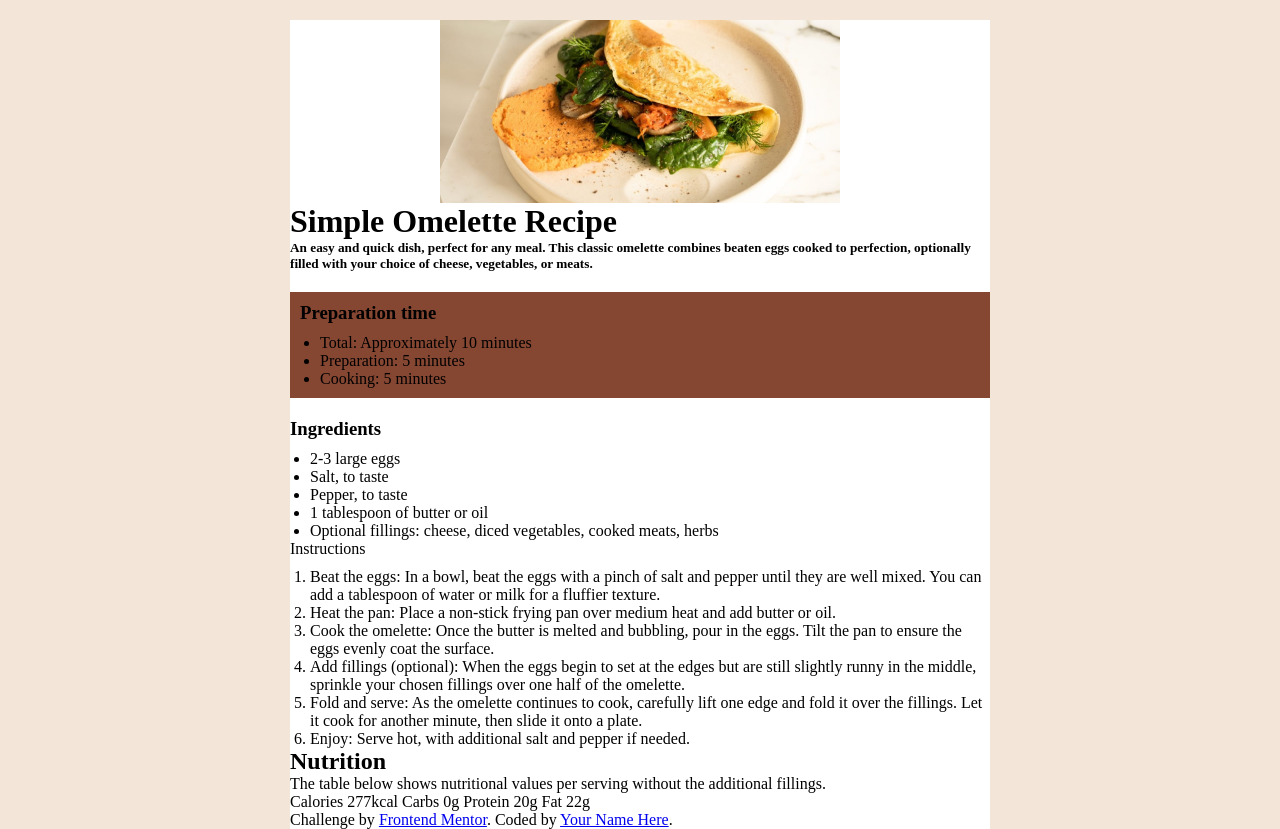
Repository: sodmaq/recipe-page-
Page: index.html
The author's editor kept a copy of each file at every save. The page is drawn from the files as they stood at one save, then again after the next save.
The browser window is 1280 px wide. The pictures show the whole page.

Above is the page before, as saved 2024-09-08 04:02:09.

After the next save:
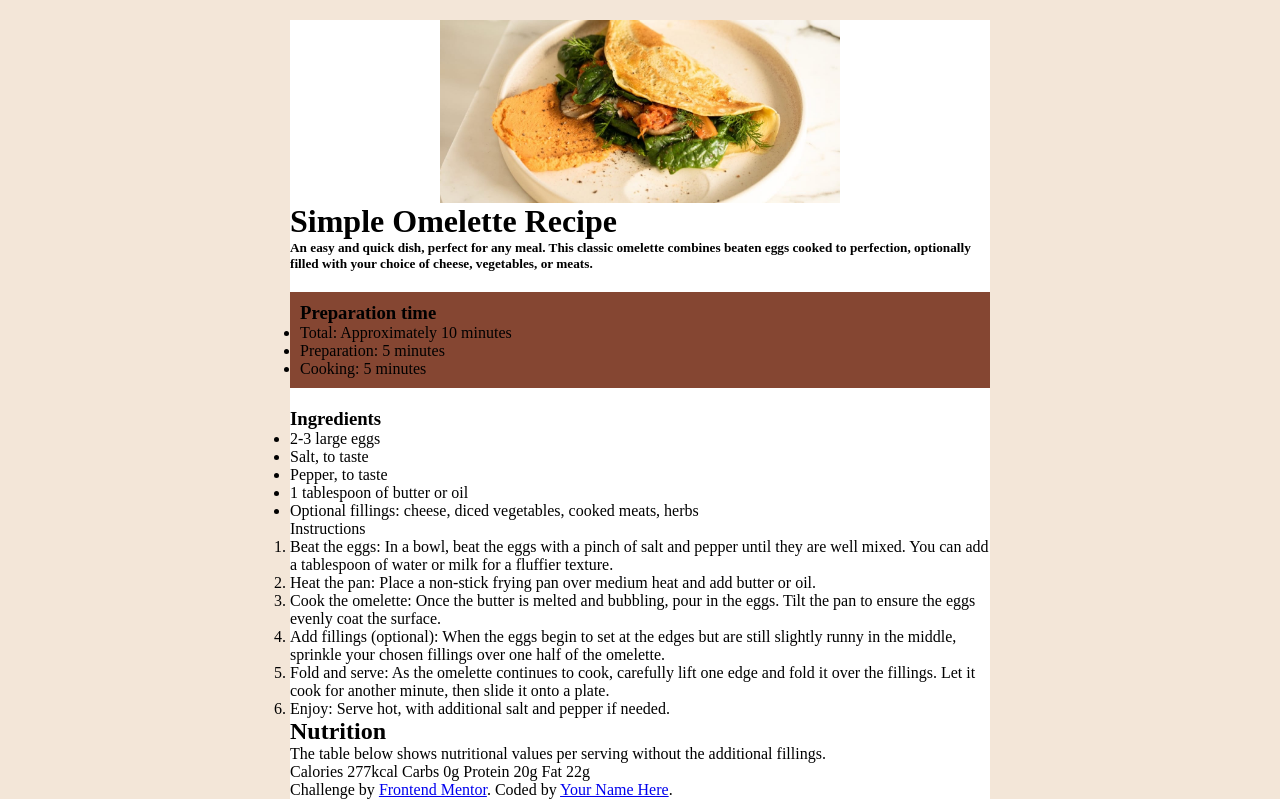
Saved 13 s later.
--- a/style.css
+++ b/style.css
@@ -39,21 +39,3 @@ img {
   margin-top: 20px;
   margin-bottom: 20px;
 }
-#text {
-  color: var(--Dark-Raspberry);
-  font-weight: 700;
-  font-size: 20px;
-}
-#h1Text {
-  color: var(--Nutmeg-color);
-  font-weight: 700;
-  font-size: 20px;
-}
-ol {
-  margin-left: 20px;
-  margin-top: 10px;
-}
-ul {
-  margin-left: 20px;
-  margin-top: 10px;
-}

After the save that followed:
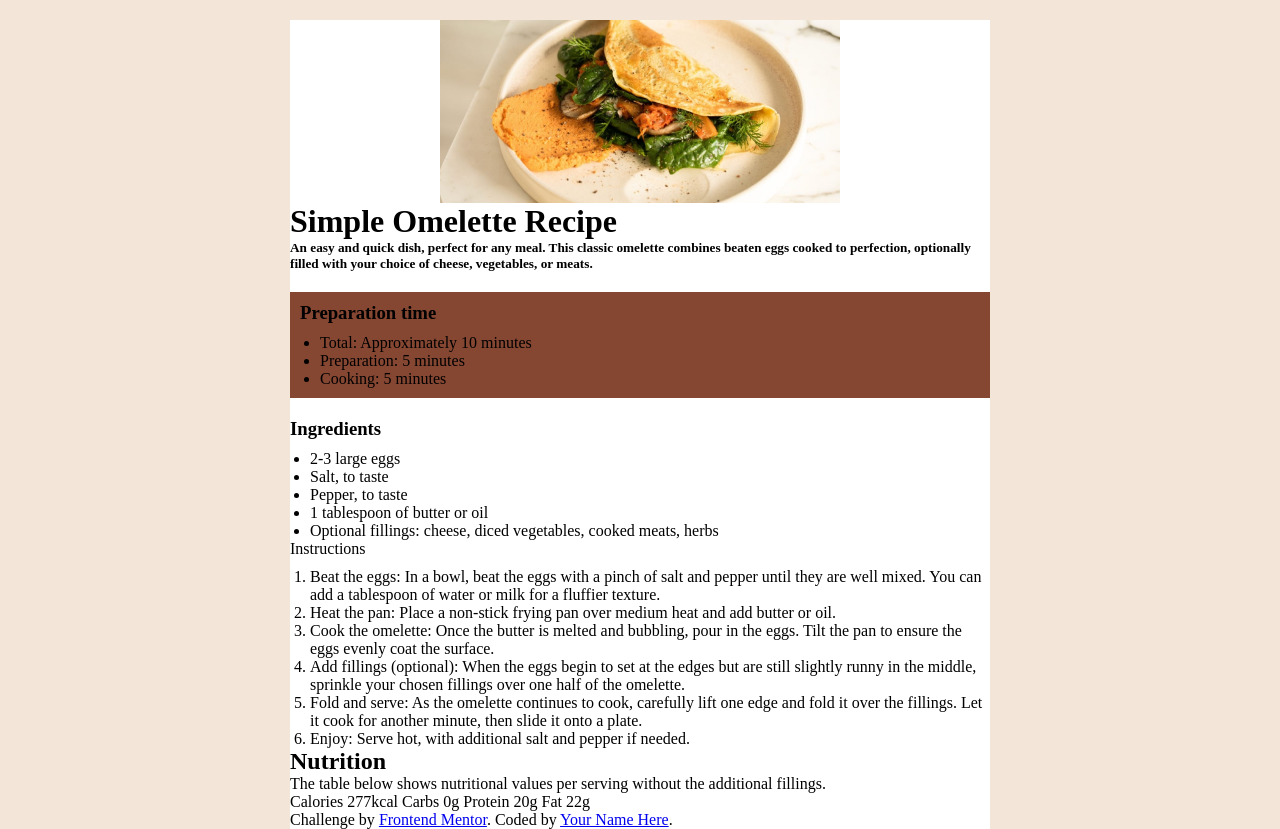
Saved 7 s later.
--- a/style.css
+++ b/style.css
@@ -39,3 +39,21 @@ img {
   margin-top: 20px;
   margin-bottom: 20px;
 }
+#text {
+  color: var(--Dark-Raspberry);
+  font-weight: 700;
+  font-size: 20px;
+}
+#h1Text {
+  color: var(--Nutmeg-color);
+  font-weight: 700;
+  font-size: 20px;
+}
+ol {
+  margin-left: 20px;
+  margin-top: 10px;
+}
+ul {
+  margin-left: 20px;
+  margin-top: 10px;
+}
